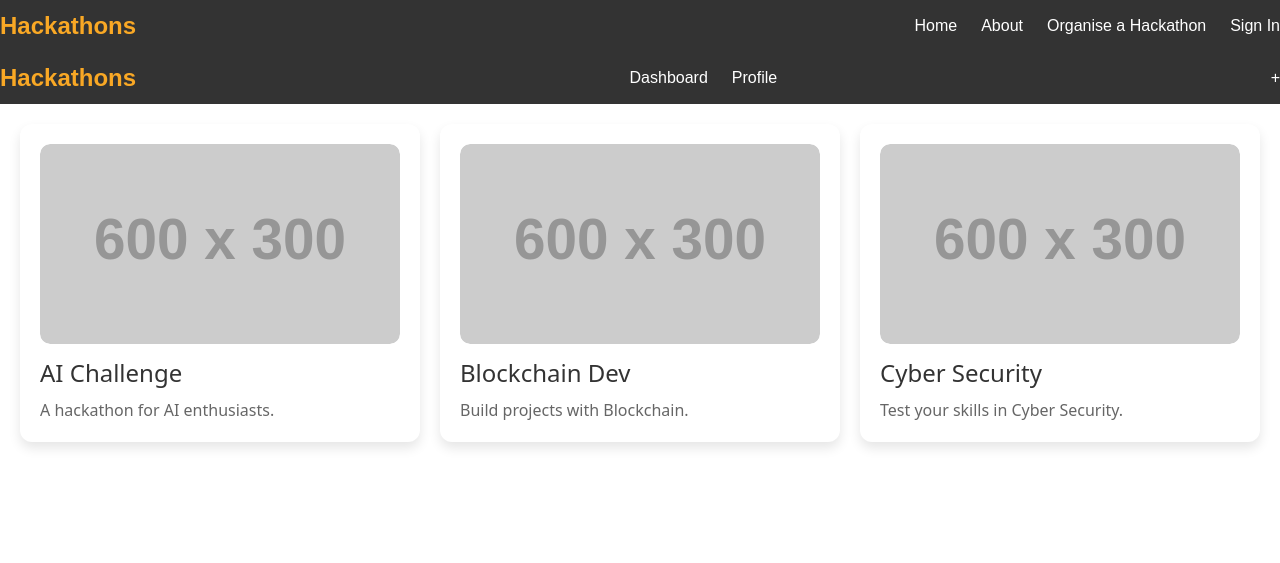
Repository: Ken-Kanike/RUBIX25_41_TECHTITANS
Page: /dashboard (app in backend/client/)
The author's editor kept a copy of each file at every save. The page is drawn from the files as they stood at one save, then again after the next save.
The browser window is 1280 px wide. The pictures show the whole page.
The project was rebuilt for these pictures with package versions that can differ from the ones it lists, and the page was loaded fresh each time. Also part of the build but not shown: backend/client/src/homepage.js, backend/client/src/signin.js.

Above is the page before, as saved 2025-01-23 01:42:35.

After the next save:
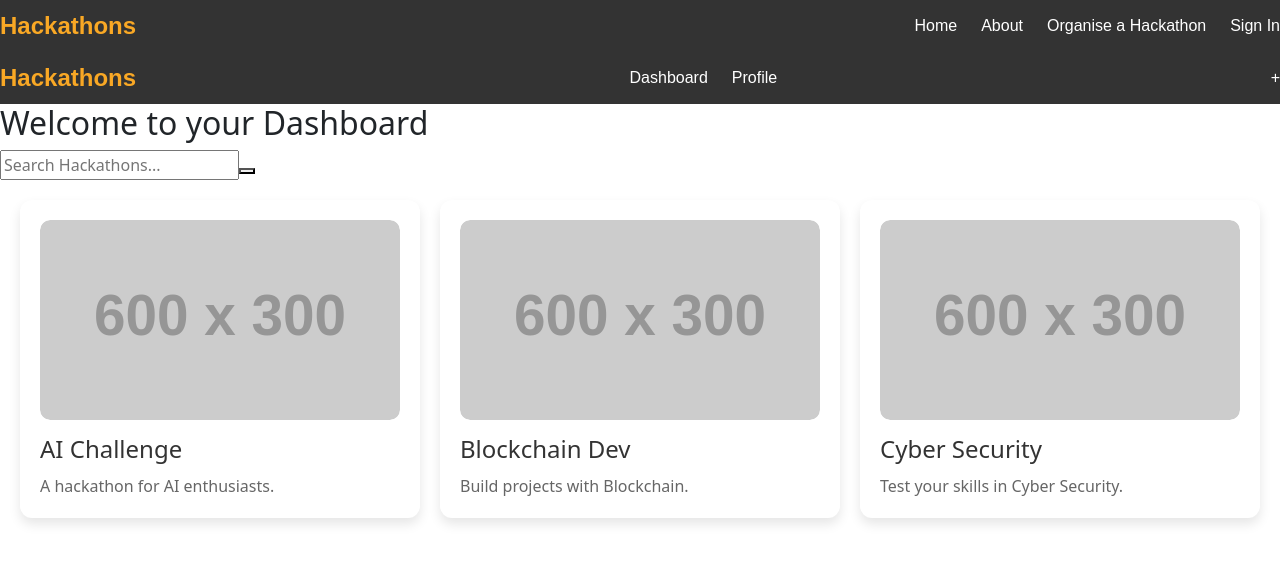
Saved 2 min 53 s later.
--- a/backend/client/src/dashboardUSER.js
+++ b/backend/client/src/dashboardUSER.js
@@ -13,6 +13,21 @@ const Dashboard = () => {
         <div>
             <Navbar />
             <div className="dashboard-container">
+                <h2>Welcome to your Dashboard</h2>
+
+                {/* Search Bar */}
+                <div className="search-container">
+                    <input
+                        type="text"
+                        placeholder="Search Hackathons..."
+                        className="search-input"
+                    />
+                    <button className="search-btn">
+                        <i className="fa fa-search"></i>
+                    </button>
+                </div>
+
+                {/* Hackathons List */}
                 <div className="hackathon-cards">
                     {hackathons.map((hackathon, index) => (
                         <div className="hackathon-card" key={index}>
